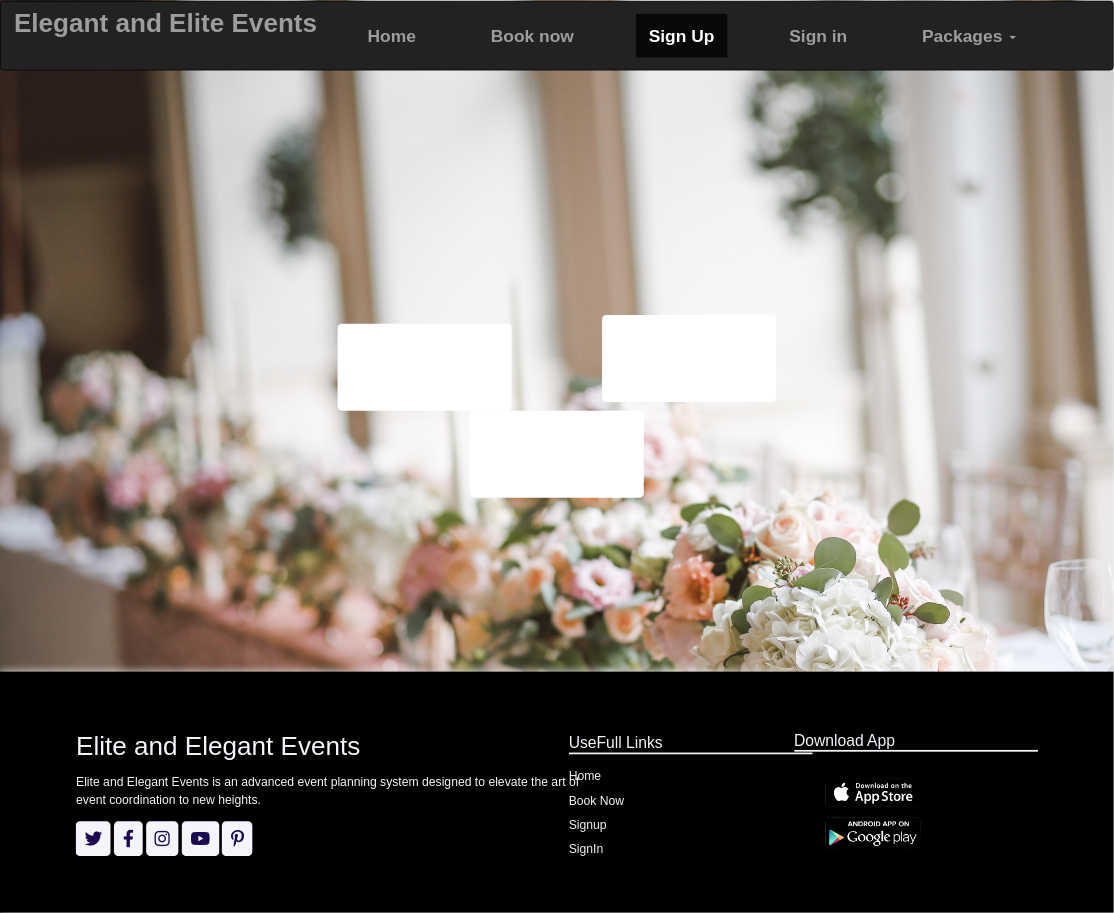
Repository: it22272690/Event-Planning-System
Page: http://localhost/PaymentDemo/useraccount.jsp
These files come from the project's save history. The page is drawn as it stood at one moment and after the next save; the edit follows.
The browser window is 1280 px wide. The pictures show the whole page, at 87% of full size.
Some web fonts or font styles are not loaded; a fallback is used. The page is served by Tomcat 10. Other server files are loaded and not shown.

Above is the page before, as saved 2023-10-24 09:23:49.

### PaymentDemo/src/main/webapp/useraccount.jsp
<%@ page language="java" contentType="text/html; charset=ISO-8859-1"
    pageEncoding="ISO-8859-1"%>
<!DOCTYPE html>
<html>
<head>
    <meta charset="UTF-8">
    <meta name="viewport" content="width=device-width, initial-scale=1.0">
    <title>User Profile</title>

    <link rel="stylesheet" type="text/css" href="css\useraccount.css">
    <link rel="stylesheet" type="text/css" href="css\home.css">
   <title>Bootstrap Example</title>
        <meta charset="utf-8">
        <meta name="viewport" content="width=device-width, initial-scale=1">
        <link rel="stylesheet" href="https://maxcdn.bootstrapcdn.com/bootstrap/3.4.1/css/bootstrap.min.css">
        <script src="https://ajax.googleapis.com/ajax/libs/jquery/3.6.4/jquery.min.js"></script>
        <script src="https://maxcdn.bootstrapcdn.com/bootstrap/3.4.1/js/bootstrap.min.js"></script>
         <!-- Style Css Link -->
    <link rel="stylesheet" href="css/footer.css">
    <!-- Style Css Link -->

    <!-- Font Awesome Cdn -->
    <link rel="stylesheet" href="https://cdnjs.cloudflare.com/ajax/libs/font-awesome/6.4.0/css/all.min.css">
    <!-- Font Awesome Cdn -->

    <!-- Google Font links -->
    <link rel="preconnect" href="https://fonts.googleapis.com">
    <link rel="preconnect" href="https://fonts.gstatic.com" crossorigin>
    <link href="https://fonts.googleapis.com/css2?family=Josefin+Sans:wght@500&display=swap" rel="stylesheet">
    <!-- Google Font links -->
    </head>
    <body>
     <style>

        body {
            font-family: 'Times New Roman';
            background-color: #f0f0f0;
            text-align: center;
            background-image: url("images/useraccount.jpg");
            background-size: cover
        }
    </style>
        <header>

            <nav class="navbar navbar-inverse">

                <div class="container-fluid">
                    <div class="navbar-header">

                        <a class="navbar-brand" href="#"><b style="font-size:30px;">Elegant and Elite Events</b></a>

                    </div>
                    <ul class="nav navbar-nav">

                        <li><a href="Home.jsp">Home</a></li>
                        <li><a href="Navigate.jsp">Book now</a></li>
                        <li class="active"><a href="Signup.jsp">Sign Up</a></li>
                        <li><a href="Signin.jsp">Sign in</a></li>
                        <li class="dropdown"> <!-- Dropdown Menu -->
                        <a href="#" class="dropdown-toggle" data-toggle="dropdown">Packages <span class="caret"></span></a>
                        <ul class="dropdown-menu">
                            <li class="center-text"><a href="#">Food and Beverages</a></li>
                            <li class="center-text"><a href="#">Decorations</a></li>
                            <li class="center-text"><a href="#">Entertainment</a></li>
                            <li class="center-text"><a href="#">Hotels</a></li>

                            </ul>
                            </li>


                    </ul>
                </div>
            </nav>

        </header>
    </head>
    <body>
        <br><br>
        <div class="container">

            <div class="user-info">

                <!-- Display user information here (e.g., name, email, etc.) -->
            </div>
            <div class="user-actions">
                <button id="edit-customer" style="color:white; width:200px; height:100px; margin: 0 50px;">Edit Customer Form</button>
                <button id="edit-event" style="color:white; width:200px; height:100px; margin: 0 50px;">Edit Event Details Form</button>
                <button id="edit-payment" style="color:white; width:200px; height:100px; margin: 0 50px;">Edit Payment Form</button>
            </div>
        </div>
       <footer id="footer">
    <div class="footer-content">
        <div class="row" id="row1">
            <a href="#" id="footer-logo">Elite and Elegant Events</a>
            <p>Elite and Elegant Events is an advanced event planning system designed to elevate the art of event coordination to new heights.</p>
            <div class="socail-links">
                <i class="fa-brands fa-twitter"></i>
                <i class="fa-brands fa-facebook-f"></i>
                <i class="fa-brands fa-instagram"></i>
                <i class="fa-brands fa-youtube"></i>
                <i class="fa-brands fa-pinterest-p"></i>
            </div>
        </div>
        <div class="row" id="row2">
            <h3>UseFull Links</h3>
            <ul>
                <li><a href="#">Home</a></li>
                <li><a href="#">Book Now</a></li>
                <li><a href="#">Signup</a></li>
                <li><a href="#">SignIn</a></li>

            </ul>
        </div>

        <div class="row" id="row4">
            <h3>Download App</h3>
            <img src="images/app.png" alt="foot">
        </div>
    </div>
</footer>
    </body>
</html>

### PaymentDemo/src/main/webapp/css/useraccount.css
body {
    font-family: Arial, sans-serif;
    background-color: rgb(128, 128, 128);
    margin: 0;
    padding: 0;
    background-image: url("userprofile.jpg");
}

.container {
    max-width: 700px;
    margin: 0 auto;
    padding: 200px;
    border-radius: 10px;
}

h1 {
    text-align: center;
}

.user-info {
    margin: 20px 0;
    color:aliceblue;
}

.user-actions {

    text-align: center;


}

button {
	width: 200px;
    height: 200px;
    padding: 30px 30px;
    background-color: rgb(255, 255, 255);
    color: #fff;
    border: none;
    border-radius: 5px;
    cursor: pointer;
    margin: 10px; /* Increase the margin for more space between buttons */

}

button:hover {
    background-color: #c6d0db;
}

footer {
    background-color: #222; /* Dark background for footer */
    padding: 10px;
    text-align: left;
}

.contact, .social-media {
    display: inline-block;
    margin: 0 20px;
    text-align: left;
    color: #fff;
}

.social-media a {
    color: #fff;
    text-decoration: none;
    margin: 5px;
    text-align: left;
}

### PaymentDemo/src/main/webapp/css/home.css

.button {
    display: inline-block;
    padding: 10px 20px;
    background-color: #D2691E;
    color: #fff;
    text-decoration: none;
    border-radius: 10px;
    margin-right: 10px;
}

body {
    font-family: 'Courier New';
    margin: 0;
    padding: 0;
    background-color: #FFE4B5;
    color: #fff;
}

header {
    display: flex;
    font-family: Arial;
    font-size: 20px;
    align-items: center;

    padding: 1px 0;
    justify-content: space-between; /* Center buttons horizontally */
}

    header img {
        width: 100px; /* Adjust the width as needed */
        height: auto; /* Preserve the aspect ratio */
        margin-left: 20px; /* Add some left margin to the logo */
    }

nav ul {
    list-style-type: none;
    padding: 0;
    text-align: center; /* Center buttons vertically */
}

    nav ul li {
        display: inline;
        float: right;
        display: block;
        color: white;
        padding: 14px 18px;
        text-decoration: none;
    }

        nav ul li a {
            color: #fff;
            text-decoration: none;
            font-weight: bold;
            margin: 0 10px; /* Add some horizontal spacing between the buttons */
        }

.services {
    display: flex;
    flex-wrap: wrap;
    justify-content: center;
    margin: 20px auto;
    max-width: 1200px;
    color: #8B4513; /* Set the text color to white for visibility */
}

.service {
    background-color: #fff;
    border: 1px solid #FF4500; /* Slightly darker border */
    border-radius: 5px;
    padding: 20px;
    margin: 10px;
    text-align: center;
    width: calc(33.33% - 20px);
}

footer {
    background-color: #222; /* Dark background for footer */
    padding: 20px;
    text-align: left;
}

.contact, .social-media {
    display: inline-block;
    margin: 0 20px;
    text-align: left;
    color: #fff;
}

    .social-media a {
        color: #fff;
        text-decoration: none;
        margin: 5px;
        text-align: left;
    }

/* Add this CSS to style the search bar */
.search-section {
    display: flex;
    align-items: center;
}

.search-bar {
    padding: 10px;
    border: 1px solid #ccc;
    border-radius: 5px;
    margin-right: 10px;
    width: 200px; /* Adjust the width as needed */
    outline: none; /* Remove the outline on focus */
}

    .search-bar::placeholder {
        color: #999; /* Placeholder text color */
    }

.search-button {
    background-color: #D2691E;
    color: #fff;
    padding: 10px 20px;
    border: none;
    border-radius: 5px;
    cursor: pointer;
    font-weight: bold;
}

### PaymentDemo/src/main/webapp/css/footer.css
*{
    margin: 0;
    padding: 0;
    box-sizing: border-box;
    text-decoration: none;
    list-style: none;
    scroll-behavior: smooth;
    font-family: 'Josefin Sans', sans-serif;
}
html::-webkit-scrollbar-track{
    background: transparent;
}
html::-webkit-scrollbar-thumb{
    background: #f4f5fb;
    border-radius: 10px;
}
html::-webkit-scrollbar{
    width: 10px;
}
body{
    background: #fff;
}


/* Footer Start */
#footer{
    width: 100%;
    padding: 50px 8% 50px;
    background-color: black;
    box-shadow: 10px 10px 10px 10px #f4f5fb;
}
.footer-content{
    display: grid;
    grid-template-columns: repeat(auto-fit, minmax(250px, auto));
    align-items: center;
    gap: 0.90rem;
}
#footer #row1{
    position: relative;
    overflow: hidden;
}
#footer #row1 #footer-logo{
    font-size: 30px;
    color: #f4f5fb;
}
#footer #row1 p{
    color: #f4f5fb;
    margin-top: 10px;
}
.socail-links{
    margin-top: 15px;
}
.socail-links i{
    color: #1c0a51;
    background: #f4f5fb;
    font-size: 20px;
    padding: 10px;
    border-radius: 5px;
    cursor: pointer;
}
#row2 h3{
    font-size: 18px;
    color: #f4f5fb;
    border-bottom: 2px solid #f4f5fb;
}
#row2 ul{
    margin-top: 15px;
}
#row2 ul li{
    margin-top: 8px;
}
#row2 ul li a{
    color: #f4f5fb;
    transition: 0.5s ease;
}
#row2 li a:hover{
    border-bottom: 1px solid #f4f5fb;
}
#row3 h3{
    font-size: 18px;
    color: #f4f5fb;
    border-bottom: 2px solid #f4f5fb;
}
#row3 ul{
    margin-top: 15px;
}
#row3 ul li{
    margin-top: 8px;
}
#row3 ul li a{
    color: #f4f5fb;
    transition: 0.5s ease;
}
#row3 li a:hover{
    border-bottom: 1px solid #f4f5fb;
}
#row4 h3{
    font-size: 18px;
    color: #f4f5fb;
    border-bottom: 2px solid #f4f5fb;
}
#row4 img{
    width: 180px;
    cursor: pointer;
}
/* Footer End */

After the next save:
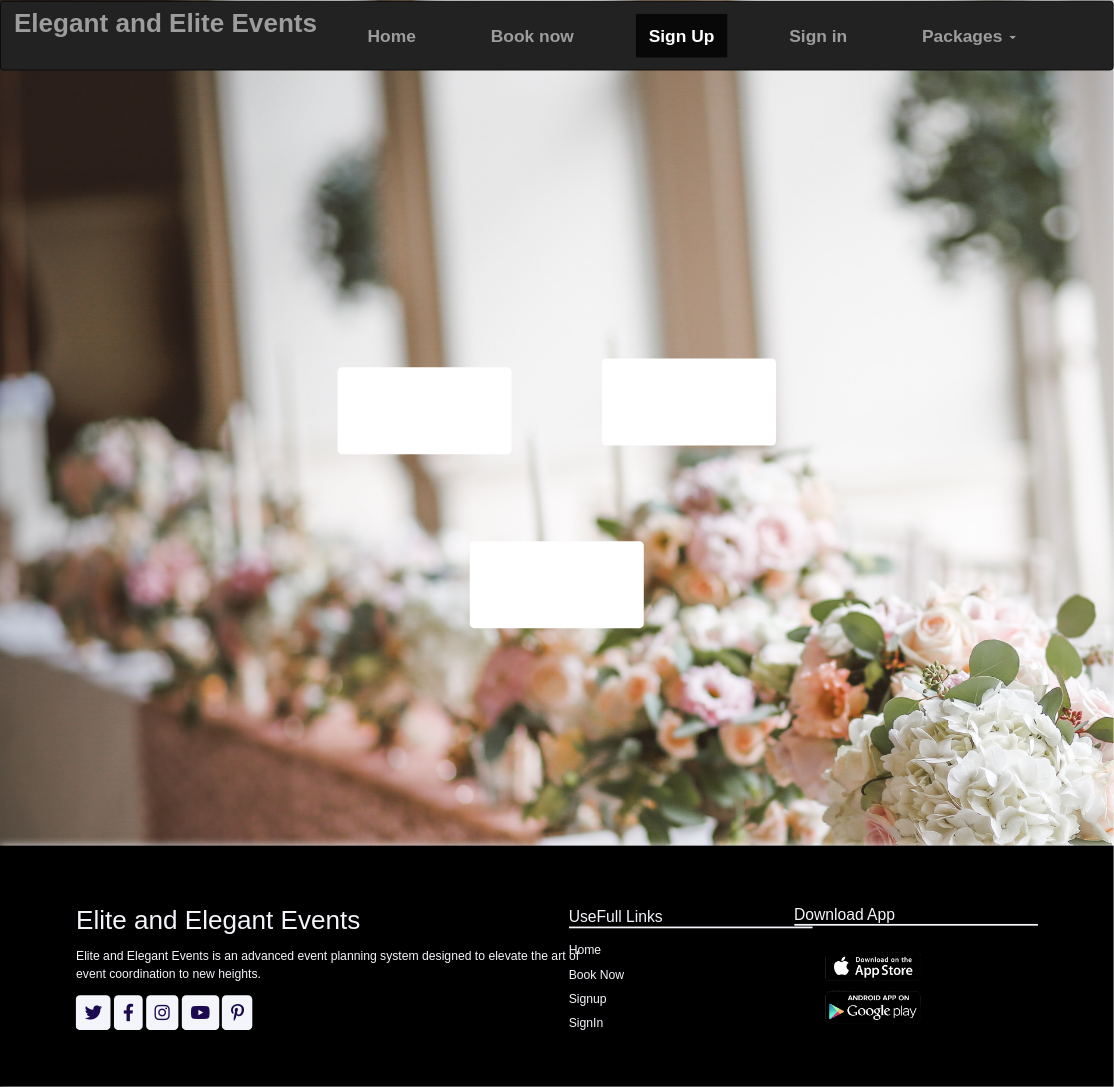
Saved 24 s later.
--- a/PaymentDemo/src/main/webapp/useraccount.jsp
+++ b/PaymentDemo/src/main/webapp/useraccount.jsp
@@ -83,9 +83,9 @@
                 <!-- Display user information here (e.g., name, email, etc.) -->
             </div>
             <div class="user-actions">
-                <button id="edit-customer" style="color:white; width:200px; height:100px; margin: 0 50px;">Edit Customer Form</button>
-                <button id="edit-event" style="color:white; width:200px; height:100px; margin: 0 50px;">Edit Event Details Form</button>
-                <button id="edit-payment" style="color:white; width:200px; height:100px; margin: 0 50px;">Edit Payment Form</button>
+                <button id="edit-customer" style="color:white; width:200px; height:100px; margin:50px;">Edit Customer Form</button>
+                <button id="edit-event" style="color:white; width:200px; height:100px; margin:50px;">Edit Event Details Form</button>
+                <button id="edit-payment" style="color:white; width:200px; height:100px; margin:50px;">Edit Payment Form</button>
             </div>
         </div>
        <footer id="footer">
